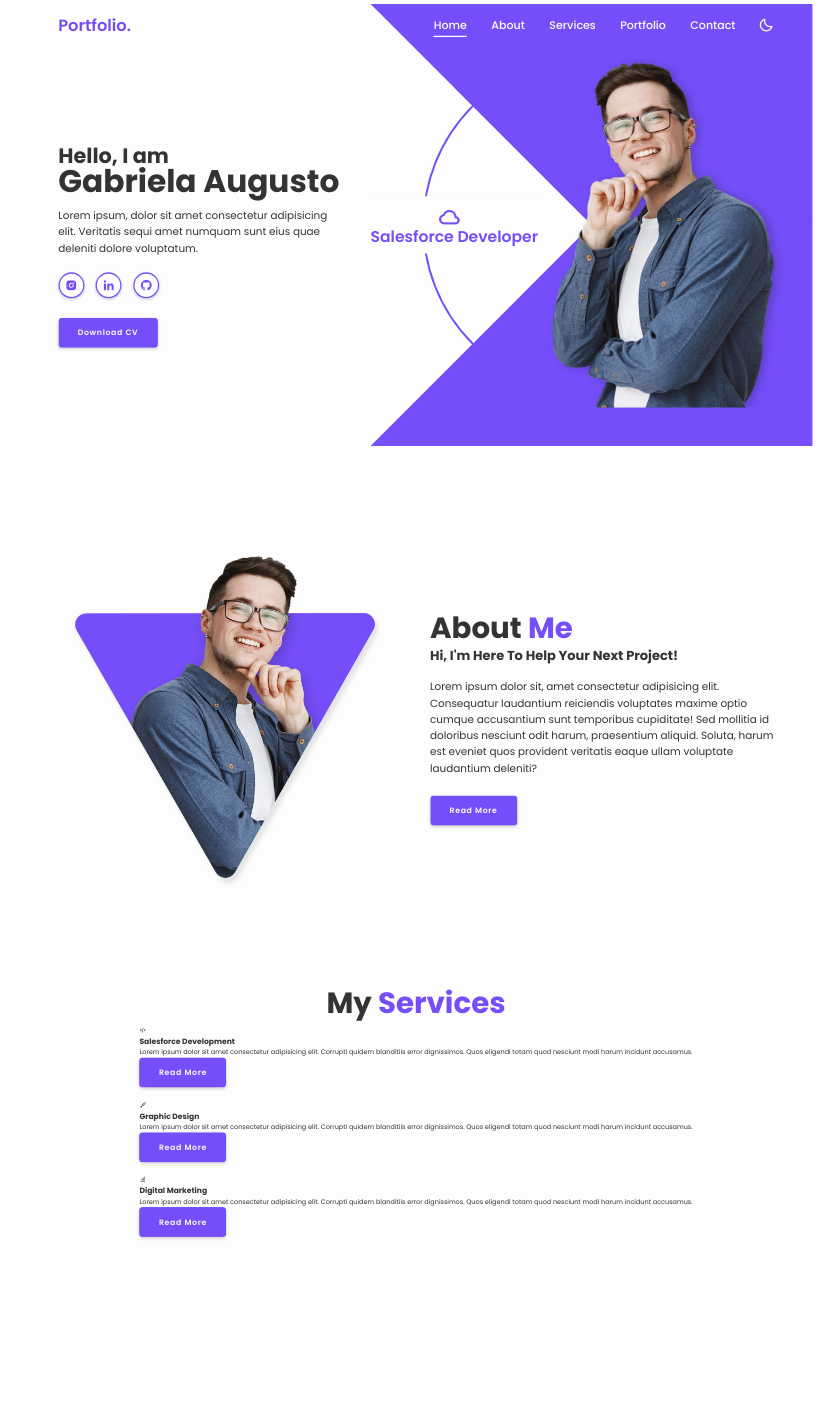
Repository: Gabi-Augusto/Portfolio
Page: index.html
These files come from the project's save history. The page is drawn as it stood at one moment and after the next save; the edit follows.
The browser window is 1280 px wide. The pictures show the whole page, at 65% of full size.

Above is the page before, as saved 2023-11-29 16:02:33.

After the next save:
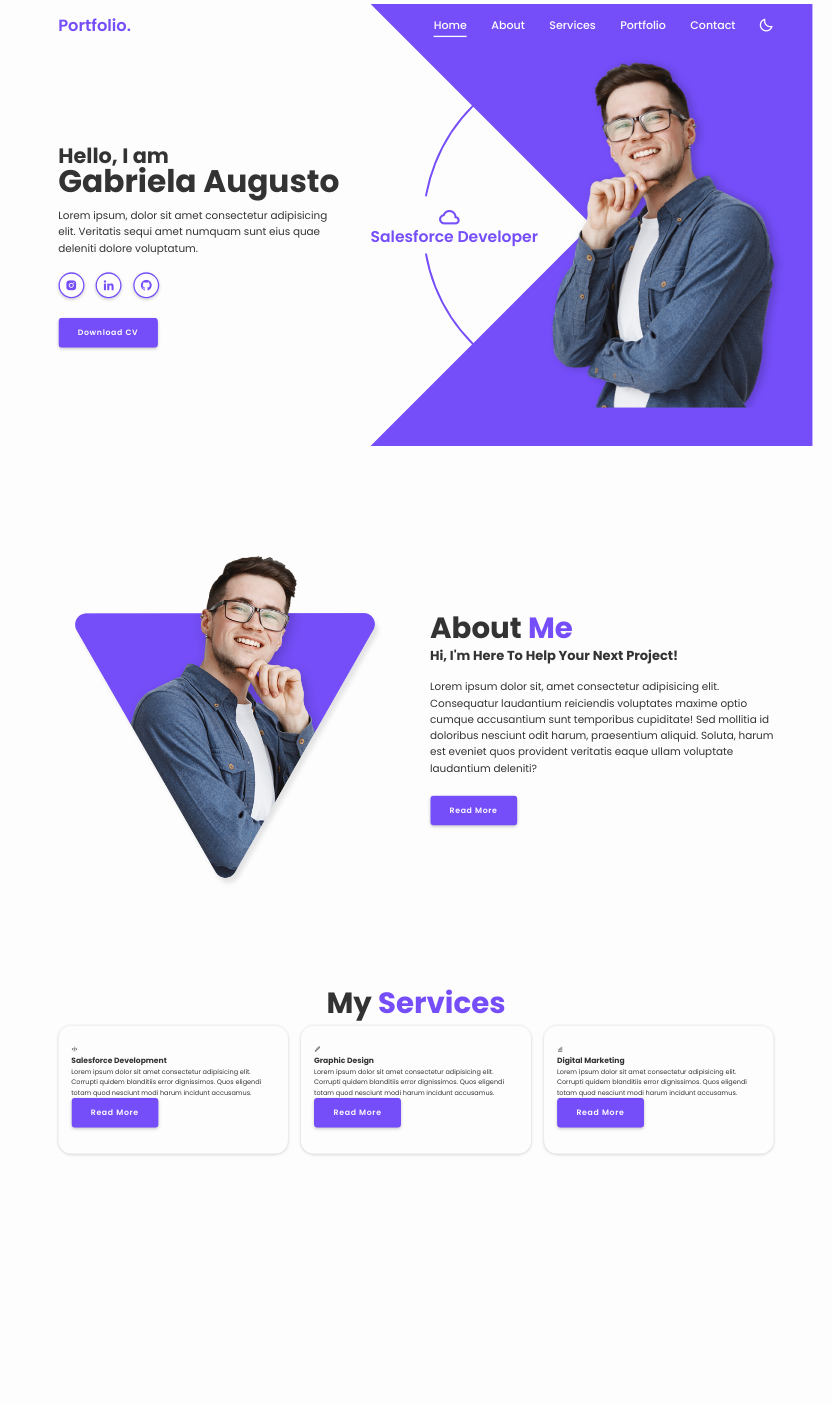
Saved 2 min 39 s later.
--- a/css/style.css
+++ b/css/style.css
@@ -292,3 +292,11 @@ span {
     flex-wrap: wrap;
     gap: 2rem;
 }
+
+.services-container .services-box {
+    flex: 1 1 30rem;
+    background: var(--bg-color);
+    padding: 3rem 2rem 4rem;
+    border-radius: 2rem;
+    box-shadow: 0 .1rem .5rem var(--shadow-color);
+}
